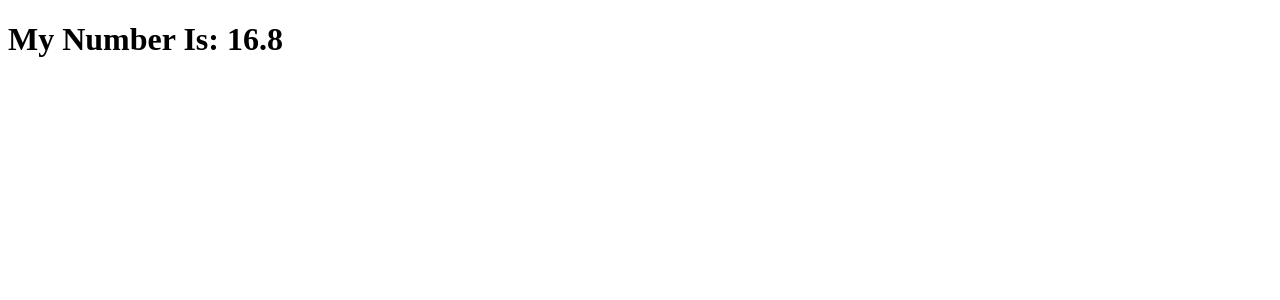
Repository: Zichi90123/ReactTraining
Page: 02_Initial/FirstApp/index.html
These files come from the project's save history. The page is drawn as it stood at one moment and after the next save; the edit follows.
The browser window is 1280 px wide. The pictures show the whole page.

Above is the page before, as saved 2019-12-11 18:48:55.

After the next save:
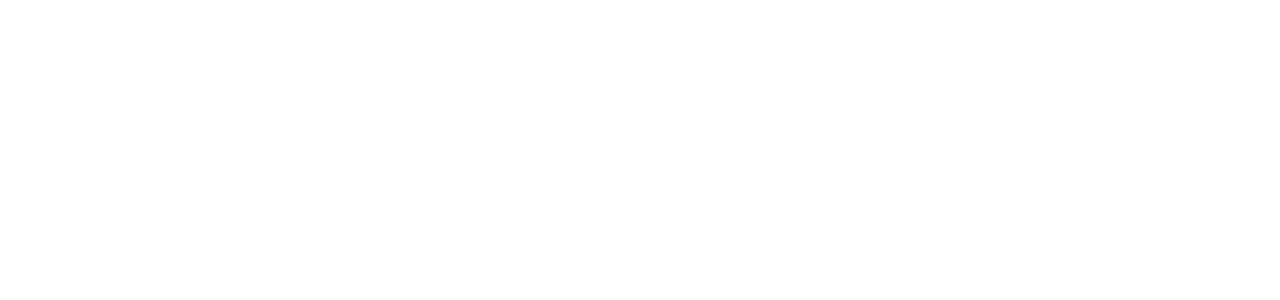
Console error: ReferenceError: getMood is not defined
Saved 103 s later.
--- a/02_Initial/FirstApp/index.js
+++ b/02_Initial/FirstApp/index.js
@@ -1,10 +1,11 @@
+
 
 
 class JSXD extends React.Component {
   render() {
     return (
       <div>
-        <h1>My Number Is: {2*8.4}</h1>
+        <h1>My Current Mood is: {getMood}</h1>
       </div>
     )
   }

After the save that followed:
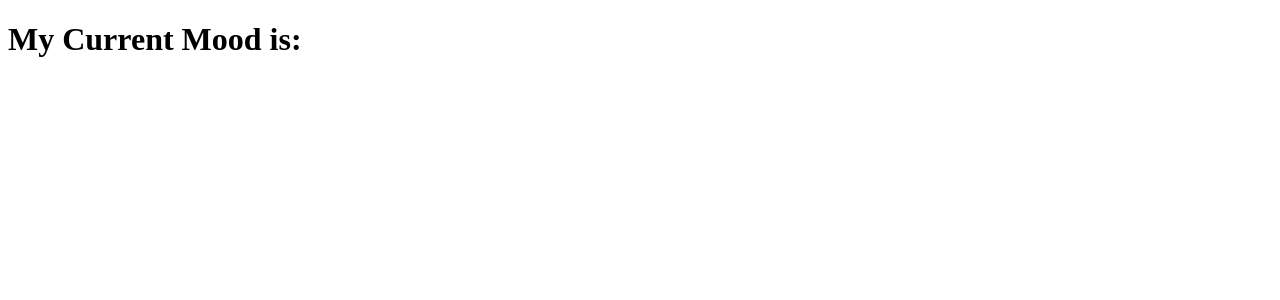
The error is gone.
Saved 101 s later.
--- a/02_Initial/FirstApp/index.js
+++ b/02_Initial/FirstApp/index.js
@@ -1,5 +1,8 @@
 
-
+function getMood() {
+    const moods = ['Angry', 'Hungry', 'Silly', 'Quiet', 'Paranoid'];
+    return moods[Math.floor(Math.random() * moods.length)]
+}
 
 class JSXD extends React.Component {
   render() {
